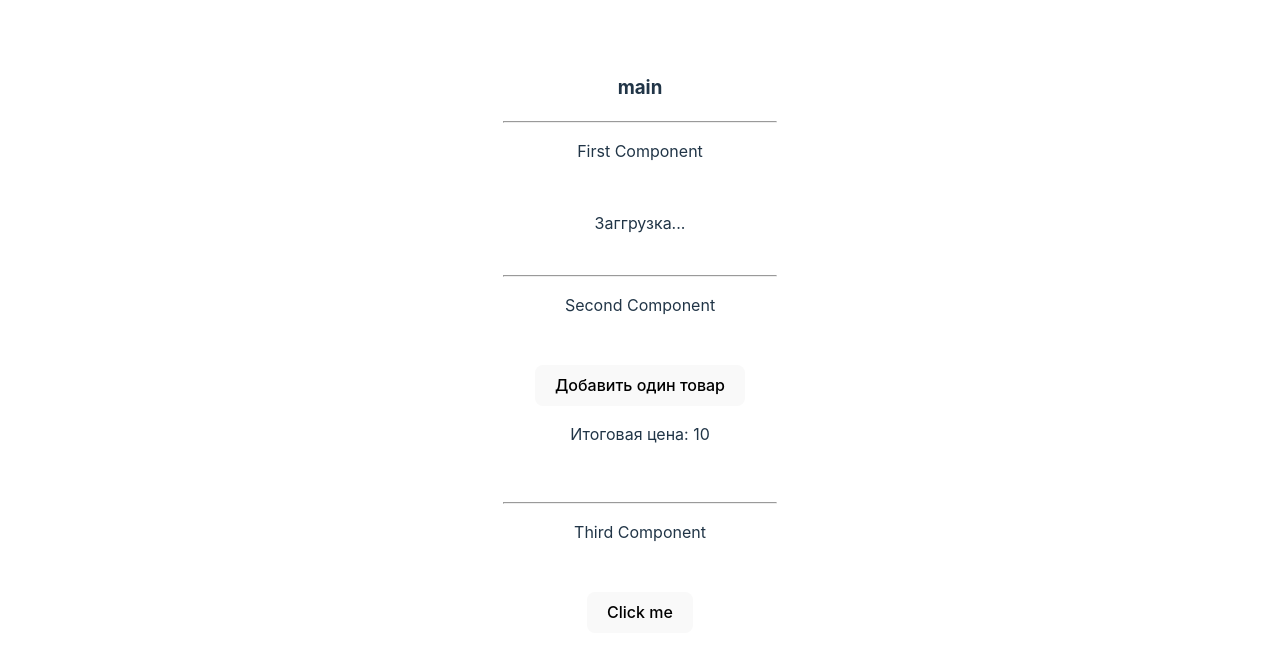
Repository: iveivs/ninim
Page: / (app in top-mistakes/)
The author's editor kept a copy of each file at every save. The page is drawn from the files as they stood at one save, then again after the next save.
The browser window is 1280 px wide. The pictures show the whole page.
The page's requests for data from a server got no answer. The project was rebuilt for these pictures with package versions that can differ from the ones it lists, and the page was loaded fresh each time. No one was signed in, and anything a server would have sent is missing. Also part of the build but not shown: top-mistakes/vite.config.js.

Above is the page before, as saved 2024-02-03 21:00:25.

### top-mistakes/src/App.jsx
import { useState } from 'react'
import './App.css'
import First from './components/First'
import Second from './components/Second'
import Third from './components/Third'


function App() {
  const [count, setCount] = useState(0)

  return (
    <>
      <h3>main</h3>
      <hr />
      <First />
      <hr />
      <Second  />
      <hr />
      <Third  />
    </>
  )
}

export default App

### top-mistakes/src/components/First.jsx
import { useEffect, useState } from "react"

export default function First() {
    const [product, setProduct] = useState(null)
    const [loading, setLoading] = useState(true)

    useEffect(() => {
        fetch('https://dummyjson.com/products/1')
        .then(res => res.json())
        .then(json => {
            setProduct(json)
            setLoading(false)
        })

    }, [])
    return (
        <>
        <p>First Component</p>
        <div className="card">
            { loading ? 'Заггрузка...' : <>
            <h2>{product?.title}</h2>
            <h3>Description</h3>
            <p>{product?.description}</p>
            </>}
        </div>
        </>
    )
}

### top-mistakes/src/components/Second.jsx
import { useEffect, useState } from "react"

const PRICE_ITEM = 10

export default function Second() {
    const [quantity, setQuantity] = useState(1)
    // более простой вариант(он тоже будет перерисовываться)
    const totalPrice = quantity * PRICE_ITEM

    const hendleClick = () => {
        setQuantity(quantity + 1)
    }

    // Лишний useEffect
    // код ниже тоже работает, но он излишен, можно проще
    // const [totalPrice, setTotalprice] = useState(0)
    // useEffect( () => {
    //     setTotalprice( (prevQuantity) => {
    //         setTotalprice( quantity * PRICE_ITEM)
    //     })
    // }, [quantity])

    return (
        <>
            <p>Second Component</p>
            <div className="card">
                <button onClick={hendleClick}>Добавить один товар</button>
                <p>Итоговая цена: {totalPrice}</p>
            </div>
        </>
    )
}

### top-mistakes/src/components/Third.jsx
import { useEffect, useState } from "react"

// Counter
export default function Third() {
    const [count, setCount] = useState(0)

    const handleClick = () => {
        setCount(count + 1)
    }

    return (
        <>
            <p>Third Component</p>
            <div className="card">
                <button onClick={handleClick}>Click me</button>

            </div>
        </>
    )
}

Loaded but not shown: top-mistakes/index.html (common file); top-mistakes/src/main.jsx (common file); top-mistakes/src/index.css (common file); top-mistakes/src/App.css (common file)

After the next save:
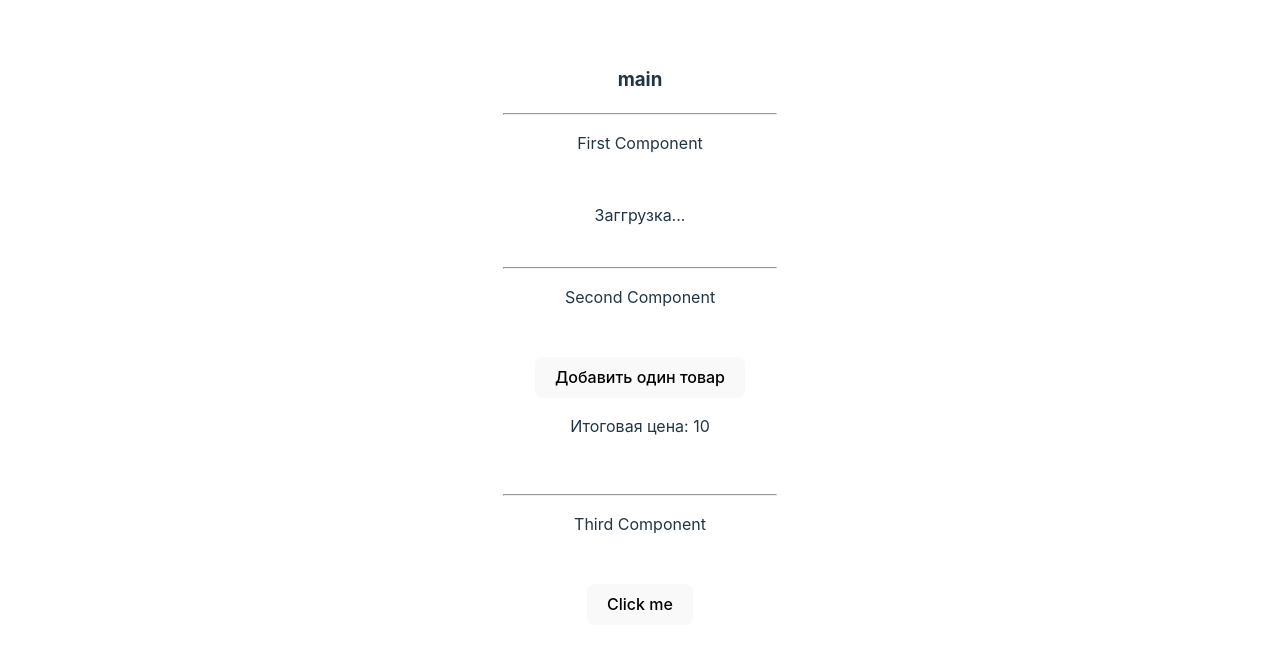
Saved 6 s later.
--- a/top-mistakes/src/components/Third.jsx
+++ b/top-mistakes/src/components/Third.jsx
@@ -13,7 +13,7 @@ export default function Third() {
             <p>Third Component</p>
             <div className="card">
                 <button onClick={handleClick}>Click me</button>
-
+                <p></p>
             </div>
         </>
     )
